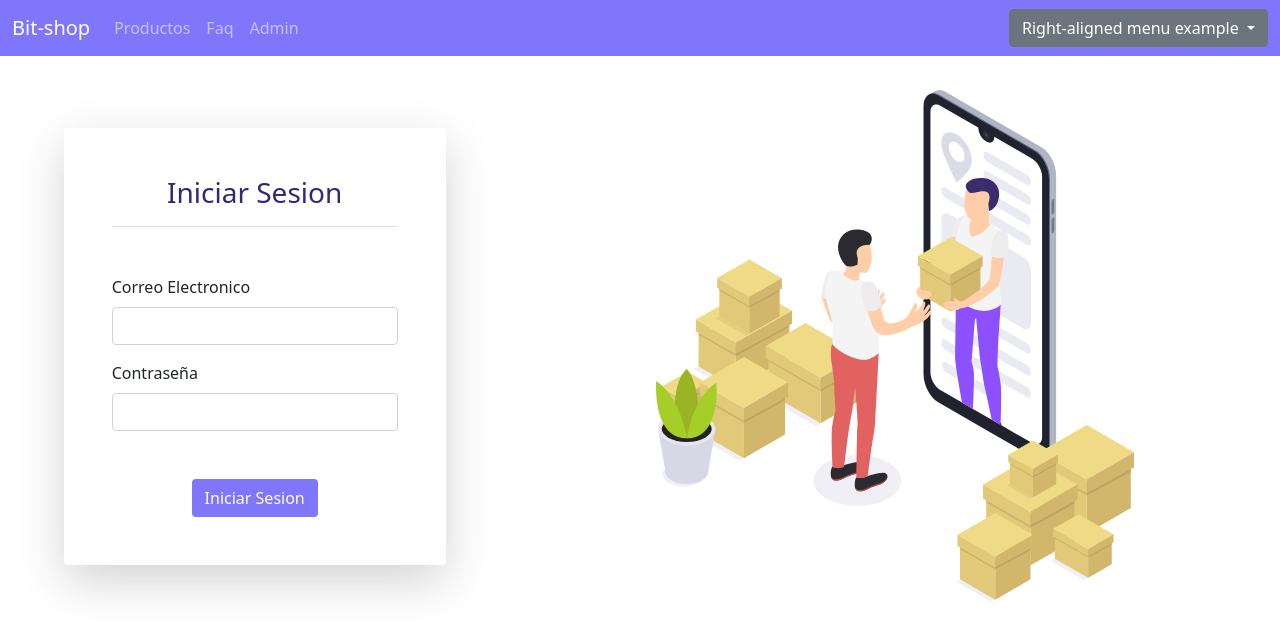
Repository: TzStrikerYT/myClassRoom
Page: /login (app in bit-shop-as/)
An editor plug-in stored every save of this project. The page is shown before and after the next save, followed by the edit.
The browser window is 1280 px wide. The pictures show the whole page.
The project was rebuilt for these pictures with package versions that can differ from the ones it lists, and the page was loaded fresh each time. Also part of the build but not shown: bit-shop-as/angular.json, bit-shop-as/src/app/components/home/home.component.ts, bit-shop-as/src/app/components/page404/page404.component.ts, bit-shop-as/src/app/components/register/register.component.ts.

Above is the page before, as saved 2022-02-25 20:58:28.

### bit-shop-as/src/index.html
<!doctype html>
<html lang="en">
<head>
  <meta charset="utf-8">
  <title>BitShopAs</title>
  <base href="/">
  <meta name="viewport" content="width=device-width, initial-scale=1">
  <link rel="icon" type="image/x-icon" href="favicon.ico">
</head>
<body>
  <app-root></app-root>
</body>
</html>

### bit-shop-as/src/styles.css
/* You can add global styles to this file, and also import other style files */
.bg-purple-pastel {
    background: #8076fb !important;
}

.bg-purple-dark {
    background: #2f2977 !important;
}

.text-purple-dark {
    color: #2f2977 !important;
}

.text-purple-pastel {
    color: #8076fb !important;
}

### bit-shop-as/src/app/app.module.ts
import { NgModule } from '@angular/core';
import { BrowserModule } from '@angular/platform-browser';

import { AppRoutingModule } from './app-routing.module';
import { AppComponent } from './app.component';
import { LoginComponent } from './components/login/login.component';
import { RegisterComponent } from './components/register/register.component';
import { NavbarComponent } from './components/navbar/navbar.component';
import { HomeComponent } from './components/home/home.component';
import { Page404Component } from './components/page404/page404.component';

@NgModule({
  declarations: [
    AppComponent,
    LoginComponent,
    RegisterComponent,
    NavbarComponent,
    HomeComponent,
    Page404Component
  ],
  imports: [
    BrowserModule,
    AppRoutingModule
  ],
  providers: [],
  bootstrap: [AppComponent]
})
export class AppModule { }

### bit-shop-as/src/app/app-routing.module.ts
import { NgModule } from '@angular/core';
import { RouterModule, Routes } from '@angular/router';
import { HomeComponent } from './components/home/home.component';
import { LoginComponent } from './components/login/login.component';
import { Page404Component } from './components/page404/page404.component';
import { RegisterComponent } from './components/register/register.component';

const routes: Routes = [
  { path: 'login', component: LoginComponent },
  { path: 'register', component: RegisterComponent },
  { path: 'home', component: HomeComponent },

  { path: '', redirectTo: '/home', pathMatch: 'full'},
  { path: '**', component: Page404Component}
];

@NgModule({
  imports: [RouterModule.forRoot(routes)],
  exports: [RouterModule],
})
export class AppRoutingModule {}

### bit-shop-as/src/app/app.component.ts
import { Component } from '@angular/core';

@Component({
  selector: 'app-root',
  templateUrl: './app.component.html',
  styleUrls: ['./app.component.css']
})
export class AppComponent {
  title = 'bit-shop-as';
}

### bit-shop-as/src/app/components/navbar/navbar.component.ts
import { Component, OnInit } from '@angular/core';

@Component({
  selector: 'app-navbar',
  templateUrl: './navbar.component.html',
  styleUrls: ['./navbar.component.css']
})
export class NavbarComponent implements OnInit {

  token=true

  constructor() { }

  ngOnInit(): void {
  }

}

### bit-shop-as/src/app/components/login/login.component.html
<section class="mt-4">

    <div class="row w-100">
        <div class="col-lg-5 py-5 d-flex align-items-center justify-content-center">

            <div class="p-5 shadow-lg rounded w-75">

                <h3 class="text-purple-dark mb-3 text-center">Iniciar Sesion</h3>
                <hr class="mb-5 text-purple-pastel">

                <form>
                    <div class="mb-3">
                      <label for="exampleInputEmail1" class="form-label">Correo Electronico</label>
                      <input type="email" class="form-control" id="exampleInputEmail1" aria-describedby="emailHelp">
                    </div>
                    <div class="mb-3">
                      <label for="exampleInputPassword1" class="form-label">Contraseña</label>
                      <input type="password" class="form-control" id="exampleInputPassword1">
                    </div>
                    <div class="text-center mt-5">
                        <button type="submit" class="btn bg-purple-pastel text-white text-center">Iniciar Sesion</button>
                    </div>
                  </form>

            </div>

        </div>

        <div class="col-lg-7 bg-image">

        </div>

    </div>

</section>

### bit-shop-as/src/app/components/login/login.component.css
.bg-image {
    background: url('../../../assets/img/fondo.svg');
    background-repeat: no-repeat;
    background-size: 64%;
    background-position: center;
}

### bit-shop-as/src/app/components/navbar/navbar.component.html
<nav class="navbar navbar-expand-lg navbar-dark bg-purple-pastel">
  <div class="container-fluid">
    <a class="navbar-brand" href="/home">Bit-shop</a>
    <button
      class="navbar-toggler"
      type="button"
      data-bs-toggle="collapse"
      data-bs-target="#navbarNavAltMarkup"
      aria-controls="navbarNavAltMarkup"
      aria-expanded="false"
      aria-label="Toggle navigation"
    >
      <span class="navbar-toggler-icon"></span>
    </button>
    <div class="collapse navbar-collapse" id="navbarNavAltMarkup">
      <div class="navbar-nav">
        <a class="nav-link" aria-current="page" href="#">Productos</a>
        <a class="nav-link" href="#">Faq</a>
        <a class="nav-link" href="#">Admin</a>
      </div>

      <div class="navbar-nav ms-auto" *ngIf="!token else usserLogged">
        <a class="btn btn-outline-light m-2" href="/login">Iniciar Sesion</a>
        <a class="btn btn-outline-light m-2" href="/register">Registrarse</a>
      </div>

      <ng-template #usserLogged>
        <div class="navbar-nav ms-auto">
            <button type="button" class="btn btn-secondary dropdown-toggle" data-bs-toggle="dropdown" aria-expanded="false">
                Right-aligned menu example
              </button>
              <ul class="dropdown-menu dropdown-menu-end">
                <li><button class="dropdown-item" type="button">Action</button></li>
                <li><button class="dropdown-item" type="button">Another action</button></li>
                <li><button class="dropdown-item" type="button">Something else here</button></li>
              </ul>
          </div>
      </ng-template>

    </div>
  </div>
</nav>

Loaded but not shown: bit-shop-as/src/main.ts (common file); bit-shop-as/src/environments/environment.ts (common file); bit-shop-as/src/app/components/login/login.component.ts (common file); bit-shop-as/src/app/app.component.html (common file); bit-shop-as/src/app/app.component.css (no stored copy; drawn as an empty file); bit-shop-as/src/app/components/navbar/navbar.component.css (no stored copy; drawn as an empty file)

After the next save:
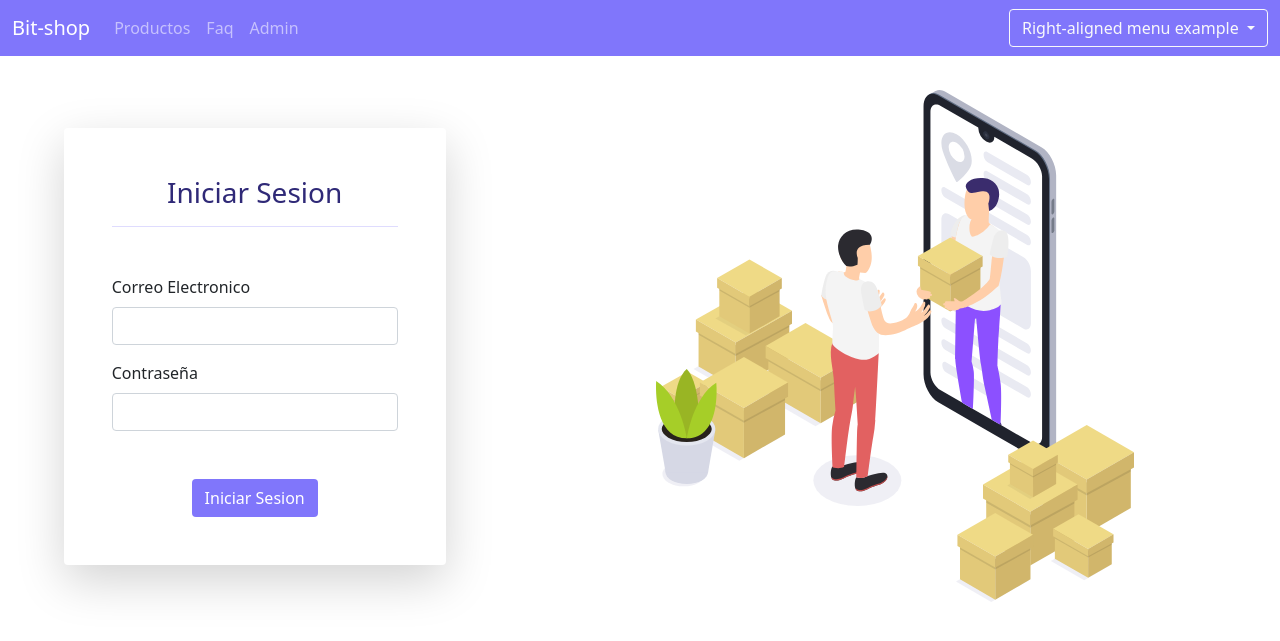
Saved 41 s later.
--- a/bit-shop-as/src/app/components/navbar/navbar.component.html
+++ b/bit-shop-as/src/app/components/navbar/navbar.component.html
@@ -26,7 +26,7 @@
 
       <ng-template #usserLogged>
         <div class="navbar-nav ms-auto">
-            <button type="button" class="btn btn-secondary dropdown-toggle" data-bs-toggle="dropdown" aria-expanded="false">
+            <button type="button" class="btn btn-outline-light dropdown-toggle" data-bs-toggle="dropdown" aria-expanded="false">
                 Right-aligned menu example
               </button>
               <ul class="dropdown-menu dropdown-menu-end">
